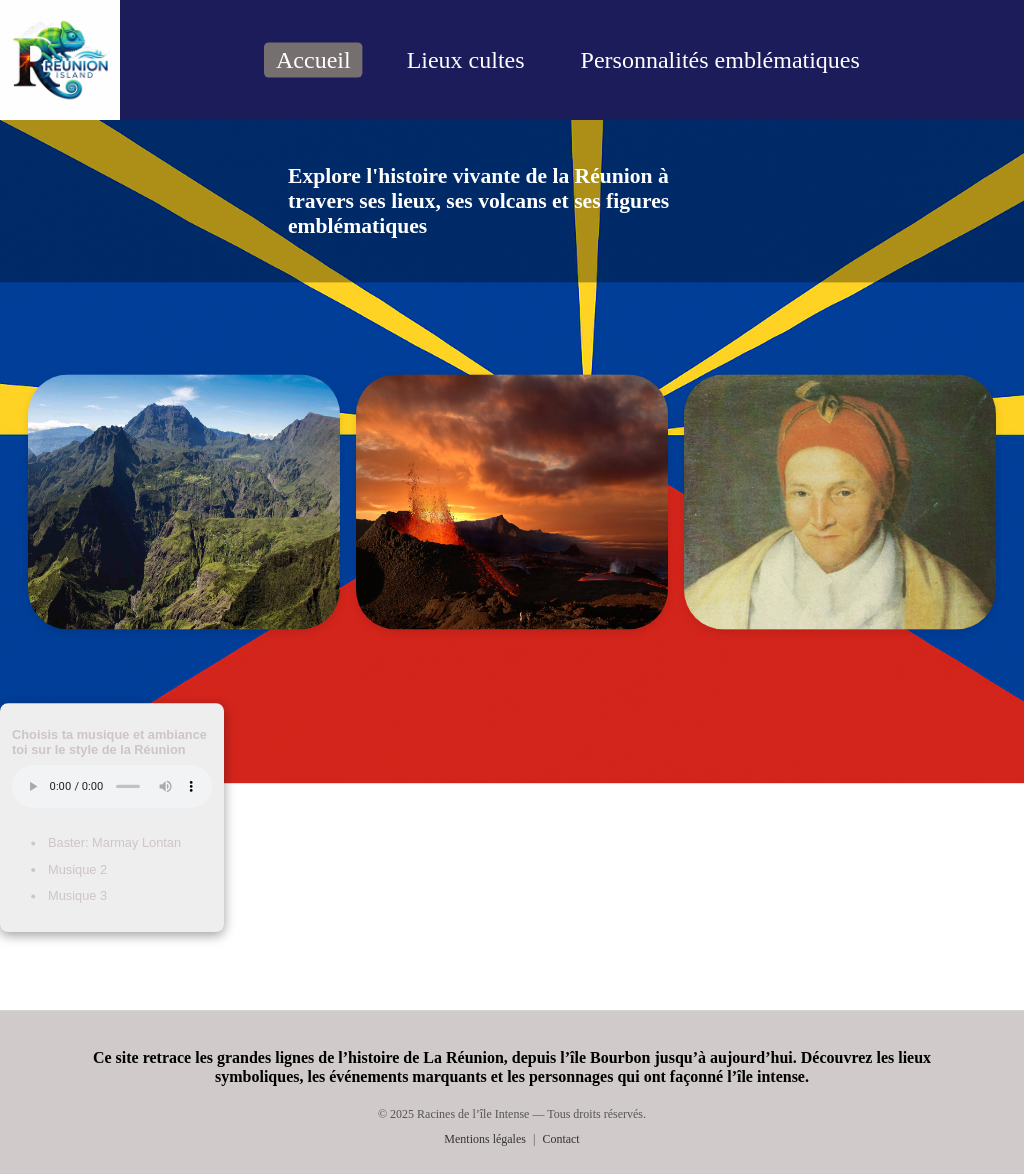
Repository: racinesintense974/Racines-de-lile-intense
Page: index.html
The author's editor kept a copy of each file at every save. The page is drawn from the files as they stood at one save, then again after the next save.
The browser window is 1280 px wide. The pictures show the whole page, at 80% of full size.
The pointer rests on the first visible `li`.

Above is the page before, as saved 2026-02-12 14:48:13.

After the next save:
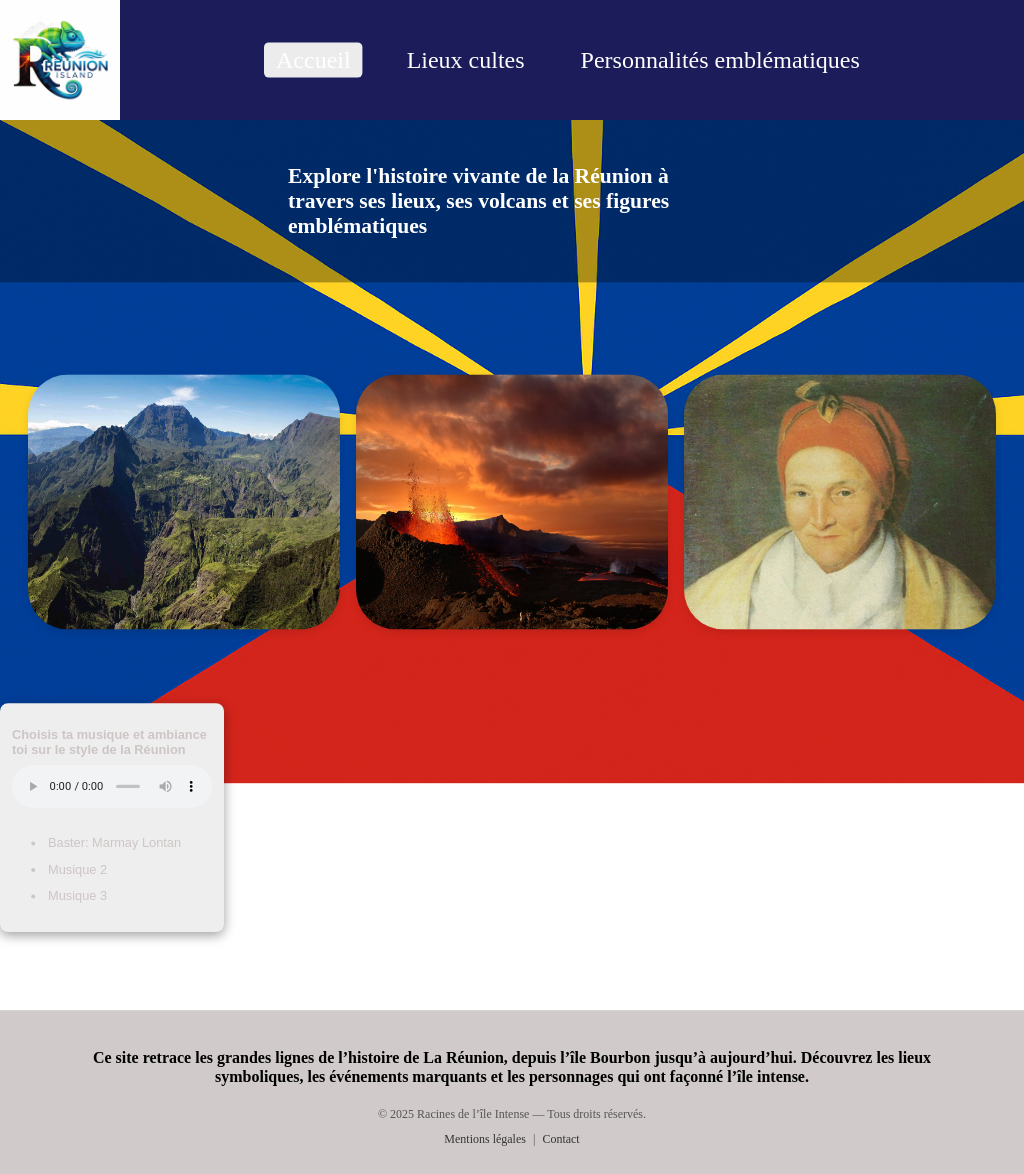
Saved 6 s later.
--- a/css/style.css
+++ b/css/style.css
@@ -202,5 +202,5 @@ li{
 }
 
 li:hover{
-  background:#756f6f;
-}
+  background:#edecec;
+}
